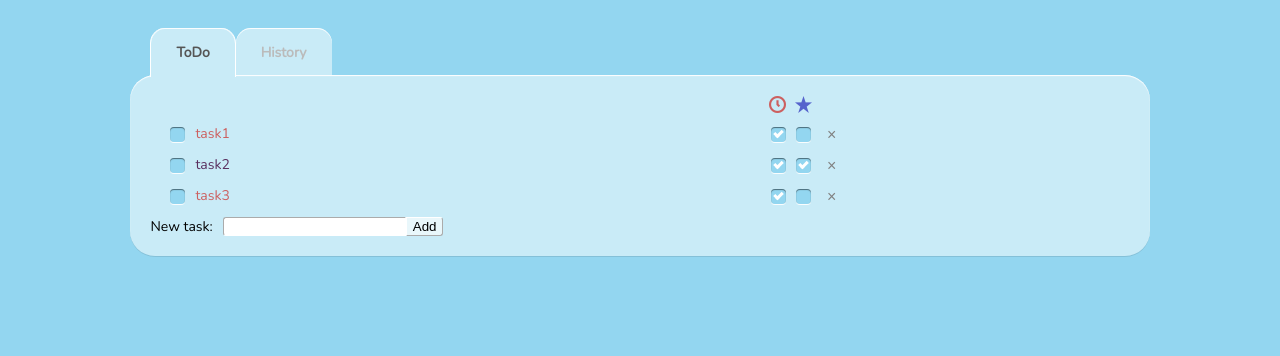
Repository: naurlaunim/toDoList
Page: /
These files come from the project's save history. The page is drawn as it stood at one moment and after a run of saves; the edit follows.
The browser window is 1280 px wide. The pictures show the whole page.
Some web fonts or font styles are not loaded; a fallback is used. The project was rebuilt for these pictures with package versions that can differ from the ones it lists, and the page was loaded fresh each time. Also part of the build but not shown: webpack.config.js.

Above is the page before, as saved 2018-03-01 14:47:09.

### public/index.html
<!DOCTYPE html>
<html lang="en">

<head>
  <meta charset="utf-8">
  <meta name="viewport" content="width=device-width, initial-scale=1, shrink-to-fit=no">
  <meta name="theme-color" content="#000000">
  <!--
      manifest.json provides metadata used when your web app is added to the
      homescreen on Android. See https://developers.google.com/web/fundamentals/engage-and-retain/web-app-manifest/
    -->
  <link rel="manifest" href="./manifest.json">
  <link rel="shortcut icon" href="./favicon.ico">
  <link href="https://fonts.googleapis.com/css?family=Aldrich|Nunito" rel="stylesheet">
  <link href="font/css/open-iconic.css" rel="stylesheet">
  <!--
      Notice the use of %PUBLIC_URL% in the tags above.
      It will be replaced with the URL of the `public` folder during the build.
      Only files inside the `public` folder can be referenced from the HTML.

      Unlike "/favicon.ico" or "favicon.ico", "%PUBLIC_URL%/favicon.ico" will
      work correctly both with client-side routing and a non-root public URL.
      Learn how to configure a non-root public URL by running `npm run build`.
    -->
  <title>React App</title>
</head>

<body>
  <noscript>
    You need to enable JavaScript to run this app.
  </noscript>
  <div id="root"></div>
  <script src="./bundle.app.js"></script>
  <!--
      This HTML file is a template.
      If you open it directly in the browser, you will see an empty page.

      You can add webfonts, meta tags, or analytics to this file.
      The build step will place the bundled scripts into the <body> tag.

      To begin the development, run `npm start` or `yarn start`.
      To create a production bundle, use `npm run build` or `yarn build`.
    -->
</body>

</html>

### src/index.js
import React from 'react';
import ReactDOM from 'react-dom';

import './scss/style.scss';

import App from './App';

ReactDOM.render(<App />, document.getElementById('root'));

### src/scss/style.scss
$background: #93D6F0;
$wrapper: #c9ebf7;

body {
	font-size: 14px; /* px means 'pixels': the base font size is now 10 pixels high  */
	font-family: 'Nunito', sans-serif;
	background-color: $background;
	padding: 20px 20px;
}
button {
	&:focus {
		outline: 0;
	}
}
.wrapper {
  // word-break: break-all;
	width: 80%;
	margin: 0 auto;
	background-color: $wrapper;
	padding: 10px 20px 20px 20px;
  // border: 1px solid white;
	border-radius: 25px;
	box-shadow: inset 0px 1px 1px rgba(255,255,255,1), 0px 1px 0px rgba(0,0,0,0.1);
	position: relative;
	z-index: 1;
}
div.taskslist {
  // border: 1px solid white;
	margin-top: 10px;
	margin-bottom: 10px;
/*   margin-left: 10px; */
}
div.header {
  // border: 1px solid white;
	padding-left: 60%;
	margin-left: 30px;
}
.ur {
	color: #CC6060;
}
.im {
	color: #5663CC;
}
.ur.im {
	color: #5A2F5F;
}

div.row {
/*   margin - around, padding - inside */
  // height: 20px;
  // border: 1px solid white;
	margin-left: 10px;
	padding-left: 10px;
  // padding-top: 10px;
	margin-bottom: 10px;
	vertical-align: centred;
}
.status {
	float: left;
	display: inline-block;
/*   margin: 20px 0 0 20px ; */
}
div.task {
	display: inline-block;
	width: 60%;
/*   padding: 20px 20px 20px 20px; */
}
div.buttons {
	vertical-align: top;
	display: inline-block;
/*   padding: 20px ; */

}

.sortbutton{
	display: inline-block;
	position: relative;
	font-size: 17px;
	padding: 1px;
	padding-bottom: 4px;
/*   color: white; */
	background-color: transparent;
	border: none;
	width: 24px;
	height: 24px;
	cursor: pointer;
}
button.delete {
	background-color: transparent;
	border: none;
	cursor: pointer;
	font-family: 'Aldrich', sans-serif;
	font-size: 16px;
	color: grey;
/*   position: absolute; */
/*   right: 30%  */
}
input.newTask {
	margin: 0px 0px 0px 10px
}

.squaredThree {
  // float: left;
	display: inline-block;
	width: 20px;
	position: relative;
	margin-right: 5px;
  // margin: 10px auto;
  label {
    width: 15px;
    height: 15px;
    cursor: pointer;
    position: absolute;
    top: 3px;
    left: 0;
    background-color: $background;
    //background: linear-gradient(top, #222 0%, #45484d 100%);
    border-radius: 4px;
    box-shadow: inset 0px 1px 1px rgba(0,0,0,0.5), 0px 1px 0px rgba(255,255,255,.9);
    &:after {
      content: '';
      width: 6px;
      height: 3px;
      position: absolute;
      top: 3px;
      left: 3px;
      border: 3px solid white;
      border-top: none;
      border-right: none;
      background: transparent;
      opacity: 0;
      transform: rotate(-45deg);
    }
    &:hover::after {
      opacity: 0.3;
    }
  }
  input[type=checkbox] {
    visibility: hidden;
    &:checked + label:after {
      opacity: 1;
    }
  }
}

section {
	display: inline-block;
}

.oi {
	//color: gray;
	cursor: pointer;
}



.o1 {
	//transition: all ease 0.8s;
	transition-property: all;
	transition-duration: 8s;
	transition-timing-function: ease;
}
.o2 {
	opacity: 0.01;
	color: #150A18;
}

input[type=text] {
	border-top-left-radius: 3px;
	border-bottom-left-radius: 3px;
	border: 1px inset white;
	outline: none;
}
input[type=submit] {
	border-top-right-radius: 3px;
	border-bottom-right-radius: 3px;
	background-color: hsla(0, 2%, 100%, 0.60);
	border: 1px outset white;
	outline: none;
}

.tabs {
	// background: white;
	margin-left: 10%;
	// border-bottom: 1px solid $background;
	// border-radius: 25px;
	// padding-left: 20px;

	input[type=radio] {
		display: none;
	}
	label {
		position: relative;
		display: inline-block;
		margin: 0 0 -2px;
		padding: 15px 25px;
		font-weight: 600;
		text-align: center;
		color: #bbb;
		// border: 1px solid white;
		background-color: $wrapper;
		border-top-right-radius: 15px;
		border-top-left-radius: 15px;
		box-shadow: inset  0px 1px 0px rgba(255,255,255,.9);
		z-index: 0;
	}


	label:hover {
		color: #888;
		cursor: pointer;
	}

	input:checked + label {
		color: #555;
		// border: 1px solid #ddd;
		// border-top: 2px solid orange;
		border-right: 1px solid white;
		border-left: 1px solid white;
		z-index: 2;

		// border-bottom: 1px solid transparent;
	}
}

### src/App.js
import React, { Component } from 'react';

import { Header, Buttons, Status, Tabs } from "./components";
import { sortByPropertyName, names } from './utils';

class ToDoList extends Component {
	constructor(props) {
		super(props);

		const tasks = [
			{ 'text': 'task1', 'im': false, 'ur': true },
			{ 'text': 'task2', 'im': true, 'ur': true },
			{ 'text': 'task3', 'im': false, 'ur': true }
		];

		this.state = {
			showHistory: false,
			value: '',
			history: [],
			tasks
		};
	}

	handleCheck = (event) => {
		const name = event.target.name.substring(0, event.target.name.length - 2);
		const type = event.target.value;
		const prevTask = this.state.tasks.find(t => t.text === name);
		const task = {
			...prevTask,
			[type]: !prevTask[type]
		}

		if (!task.im && !task.ur) {
			this.autodel(task);
		}

		const tasks = this.state.tasks.map(t => t.text === name ? task : t)

		this.setState({ tasks })
	}

	handleDelete = (e) => {
		this.delByName(e.target.name)
	}

	autodel = (task) => {
		task['o1'] = reasonList[Math.floor(Math.random() * 8)];

		setTimeout(() => {
			const newTask = this.state.tasks.find(t => t.text === task.text);
			if (newTask && !newTask.im && !newTask.ur) {
				this.delByName(task['text'])
			}
		}, 8000)
	}

	delByName = (name) => {
		const tasks = this.state.tasks.filter(task => task.text !== name);

		this.setState({ tasks })
	}

	handleChange = (event) => {
		this.setState({ value: event.target.value });
	}

	handleSubmit = (event) => {
		event.preventDefault();

		const { tasks } = this.state;
		const taskExists = tasks.filter(task => task.text === this.state.value).length !== 0;

		if (!taskExists && this.state.value.length !== 0) {
			this.setState({
				tasks: tasks.concat({
					'text': this.state.value,
					im: true,
					ur: false
				})
			})
		}
	}

	handleSort = (event) => {
		const tasks = this.state.tasks.sort(sortByPropertyName(event.target.id, (a, b) =>
			a === b ? 0 : b ? 1 : -1
		))

		this.setState({ tasks })
	}

	getList = () => {
		if (this.state.showHistory) return this.state.history;

		return this.state.tasks;
	}


	render() {
		return (
			<div>
				<Tabs />
				<div className='wrapper'>
					<div className='taskslist'>
						<Header handleSort={this.handleSort} />
						{
							this.getList().map(task =>
								<div className='row' key={task.text.toString()} id={task.text.toString()}>
									<Status task={task} />
									<div className={names("task", task.ur && "ur", task.im && "im")}>
										{
											!task.ur && !task.im
												? (
													<div className='o1 o2'>
														<s>{task.text} </s>
														<div> <i>{task.o1} </i></div>
													</div>
												)
												: <div className='o1'> {task.text} </div>
										}
									</div>
									<Buttons task={task}
										handleCheck={this.handleCheck}
										handleDelete={this.handleDelete}
									/>
								</div>
							)
						}
					</div>

					<form onSubmit={this.handleSubmit}>
						<label>
							New task:
							<input type="text" value={this.state.value} onChange={this.handleChange} className='newTask' />
						</label>
						<input type="submit" value="Add" />
					</form>
				</div>
			</div>
		);
	}
}


const reasonList = ['Are you sure that you have so much time?', 'Life is too short for this.', 'Do you have no other things to spend your life on them?', 'If I were you, I\'d rather play games.', 'How about watching the new sitcom instead?', 'Can it is better just to sleep?', 'This is not the best idea.', 'You\'re already pretty busy.']


export default ToDoList;

### src/components.js
import React from 'react';

const IconButton = (props) => (
    <span id={props.id}
        className={`oi ${props.id} sortbutton`}
        data-glyph={props.glyph}
        title={props.title}
        aria-hidden="true"
        onClick={props.onClick}
    />
)


export const Header = ({ handleSort }) => (
    <div className='header'>
        <IconButton id="ur" glyph="clock" title = "sort by urgency" onClick={handleSort} />
        <IconButton id="im" glyph="star" title = "sort by importance" onClick={handleSort} />
    </div>
)


const Checkbox = ({ title, value, name, status, handleCheck }) => (
    <section title = {title}>
        <div className="squaredThree">
            <input type='checkbox'
                defaultChecked={status}
                id={name.toString() + value}
                value={value} name={name.toString() + value}
                onChange={handleCheck}
            />
            <label htmlFor={name.toString() + value} />
        </div>
    </section>
)

export const Buttons = ({ task, handleCheck, handleDelete }) => (
    <div className="buttons">
        <Checkbox title = "urgent" value="ur" name={task.text} status={task.ur} handleCheck={handleCheck} />
        <Checkbox title = "important" value="im" name={task.text} status={task.im} handleCheck={handleCheck} />

        <button className='delete'
            name={task.text.toString()}
            onClick={handleDelete}
            children="×"
        />
    </div>
)

export const Status = ({ task }) => (
    <div className="status">
        <Checkbox title = "done" value = "done" name = {task.text + 'done'}  status = {false} handleCheck = {() => {}} />
    </div>
)

export const Tabs = () => (
    <div className = 'tabs'>
		<input id="tab1" type="radio" name="tabs" defaultChecked = 'true' />
		<label htmlFor="tab1">ToDo</label>
		<input id="tab2" type="radio" name="tabs" />
  		<label htmlFor="tab2">History</label>
	</div>
)

### src/utils.js

export const sortByPropertyName = (name, compFn) => (a, b) => (
    compFn(a[name], b[name])
);

export const names = (...args) => args.filter(v => !!v).join(" ");

Loaded but not shown: public/font/css/open-iconic.css (common file)

After the next 3 saves:
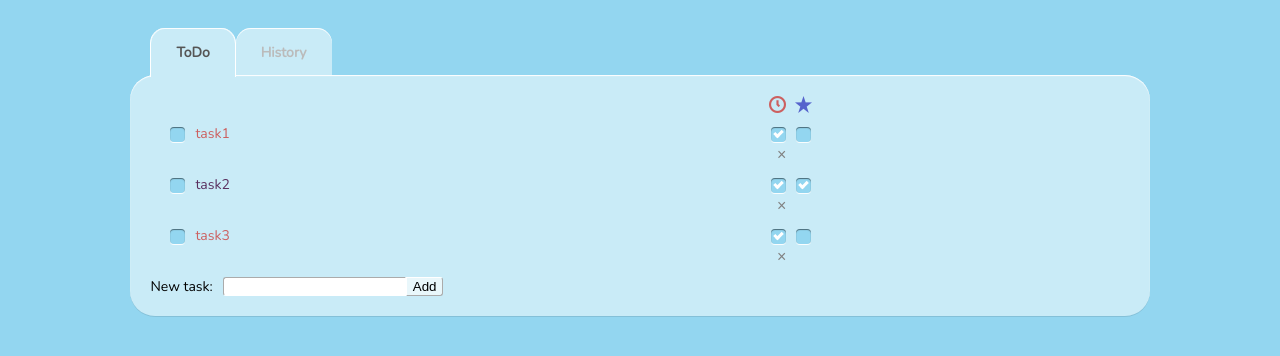
The 3 saves are shown as one change because 2 did not build or start.
The last was saved 3 h 12 min later.
--- a/src/App.js
+++ b/src/App.js
@@ -95,6 +95,12 @@ class ToDoList extends Component {
 		return this.state.tasks;
 	}
 
+	handleTab = (event) => {
+		event.target.id == 'tab1'
+		?	this.setState({showHistory: true})
+		:	this.setState({showHistory: false})
+	}
+
 
 	render() {
 		return (
@@ -122,6 +128,7 @@ class ToDoList extends Component {
 									<Buttons task={task}
 										handleCheck={this.handleCheck}
 										handleDelete={this.handleDelete}
+										showHistory = {this.state.showHistory}
 									/>
 								</div>
 							)
--- a/src/components.js
+++ b/src/components.js
@@ -33,10 +33,15 @@ const Checkbox = ({ title, value, name, status, handleCheck }) => (
     </section>
 )
 
-export const Buttons = ({ task, handleCheck, handleDelete }) => (
+export const Buttons = ({ task, handleCheck, handleDelete, showHistory }) => (
     <div className="buttons">
-        <Checkbox title = "urgent" value="ur" name={task.text} status={task.ur} handleCheck={handleCheck} />
-        <Checkbox title = "important" value="im" name={task.text} status={task.im} handleCheck={handleCheck} />
+    {showHistory
+    ?   <div class = 'date'>{task.date}</div>
+    :   <div>
+            <Checkbox title = "urgent" value="ur" name={task.text} status={task.ur} handleCheck={handleCheck} />
+            <Checkbox title = "important" value="im" name={task.text} status={task.im} handleCheck={handleCheck} />
+        </div>
+    }
 
         <button className='delete'
             name={task.text.toString()}
@@ -52,11 +57,11 @@ export const Status = ({ task }) => (
     </div>
 )
 
-export const Tabs = () => (
+export const Tabs = ({ handleTab }) => (
     <div className = 'tabs'>
-		<input id="tab1" type="radio" name="tabs" defaultChecked = 'true' />
+		<input id="tab1" type="radio" name="tabs" onClick = {handleTab} defaultChecked = 'true' />
 		<label htmlFor="tab1">ToDo</label>
-		<input id="tab2" type="radio" name="tabs" />
+		<input id="tab2" type="radio" name="tabs" onClick = {handleTab} />
   		<label htmlFor="tab2">History</label>
 	</div>
 )
